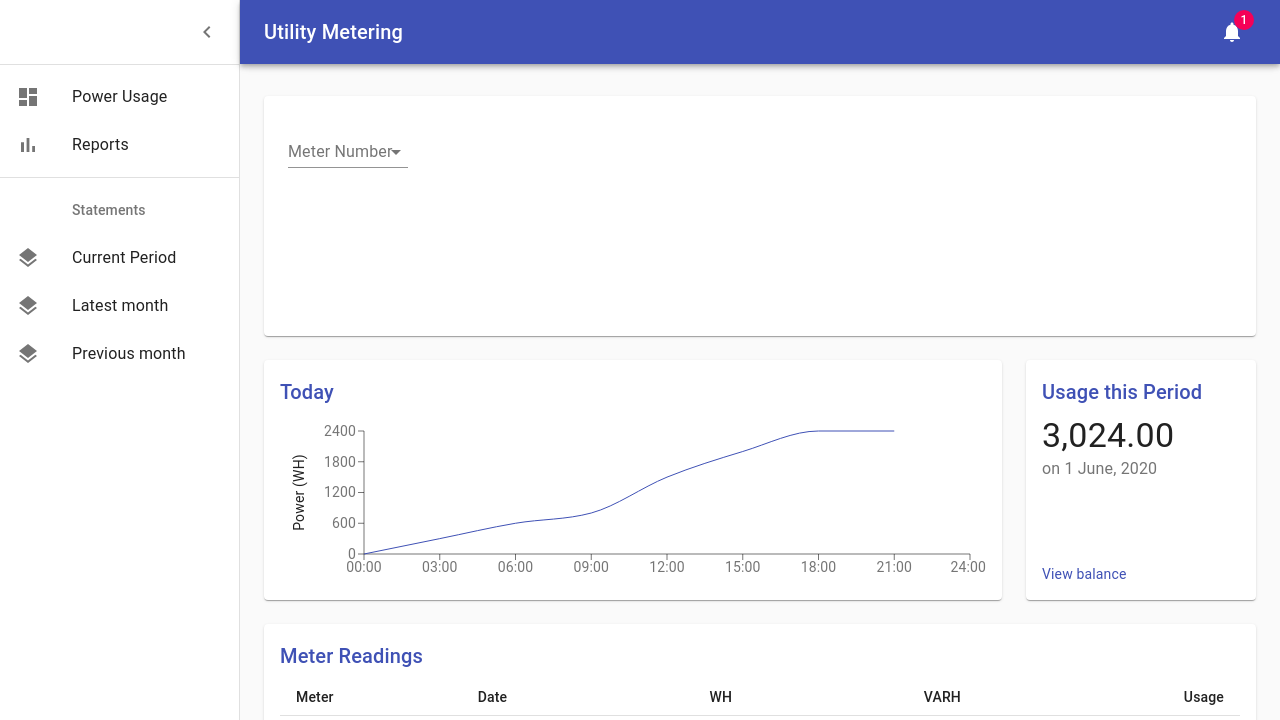
Repository: aubreypk/utilities-metering
Page: / (app in utilities-metering-app/)
An editor plug-in stored every save of this project. The page is shown before and after the next save, followed by the edit.
The browser window is 1280 px wide. The pictures show the whole page.
An inner scrolling area shows only its first screen. The project was rebuilt for these pictures with package versions that can differ from the ones it lists, and the page was loaded fresh each time. Also part of the build but not shown: utilities-metering-app/src/App.css.

Above is the page before, as saved 2020-05-31 18:44:54.

After the next save:
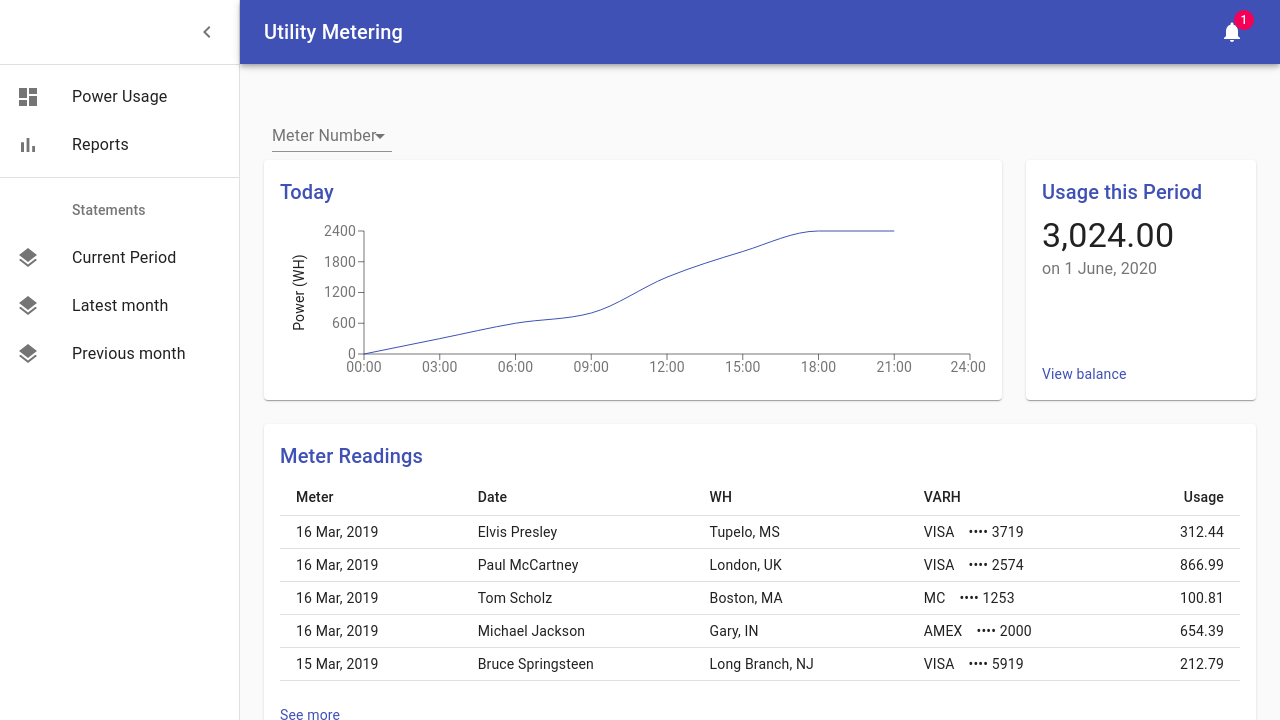
Saved 70 s later.
--- a/utilities-metering-app/src/components/Dashboard.js
+++ b/utilities-metering-app/src/components/Dashboard.js
@@ -116,6 +116,9 @@ const useStyles = makeStyles((theme) => ({
   fixedHeight: {
     height: 240,
   },
+  singleHeight: {
+    height: 50,
+  },
 }));
 
 export default function Dashboard() {
@@ -128,6 +131,7 @@ export default function Dashboard() {
     setOpen(false);
   };
   const fixedHeightPaper = clsx(classes.paper, classes.fixedHeight);
+  const singleHeightPaper = clsx(classes.paper, classes.SingleHeight);
 
   return (
     <div className={classes.root}>
@@ -173,13 +177,10 @@ export default function Dashboard() {
       <main className={classes.content}>
         <div className={classes.appBarSpacer} />
         <Container maxWidth="lg" className={classes.container}>
+            {/* Meter Selection */}
+            <MetersList />
+
           <Grid container spacing={3}>
-            {/* Meter Selection */}
-            <Grid item xs={12}>
-              <Paper className={fixedHeightPaper}>
-                <MetersList />
-              </Paper>
-            </Grid>
             {/* Power Chart */}
             <Grid item xs={12} md={8} lg={9}>
               <Paper className={fixedHeightPaper}>
